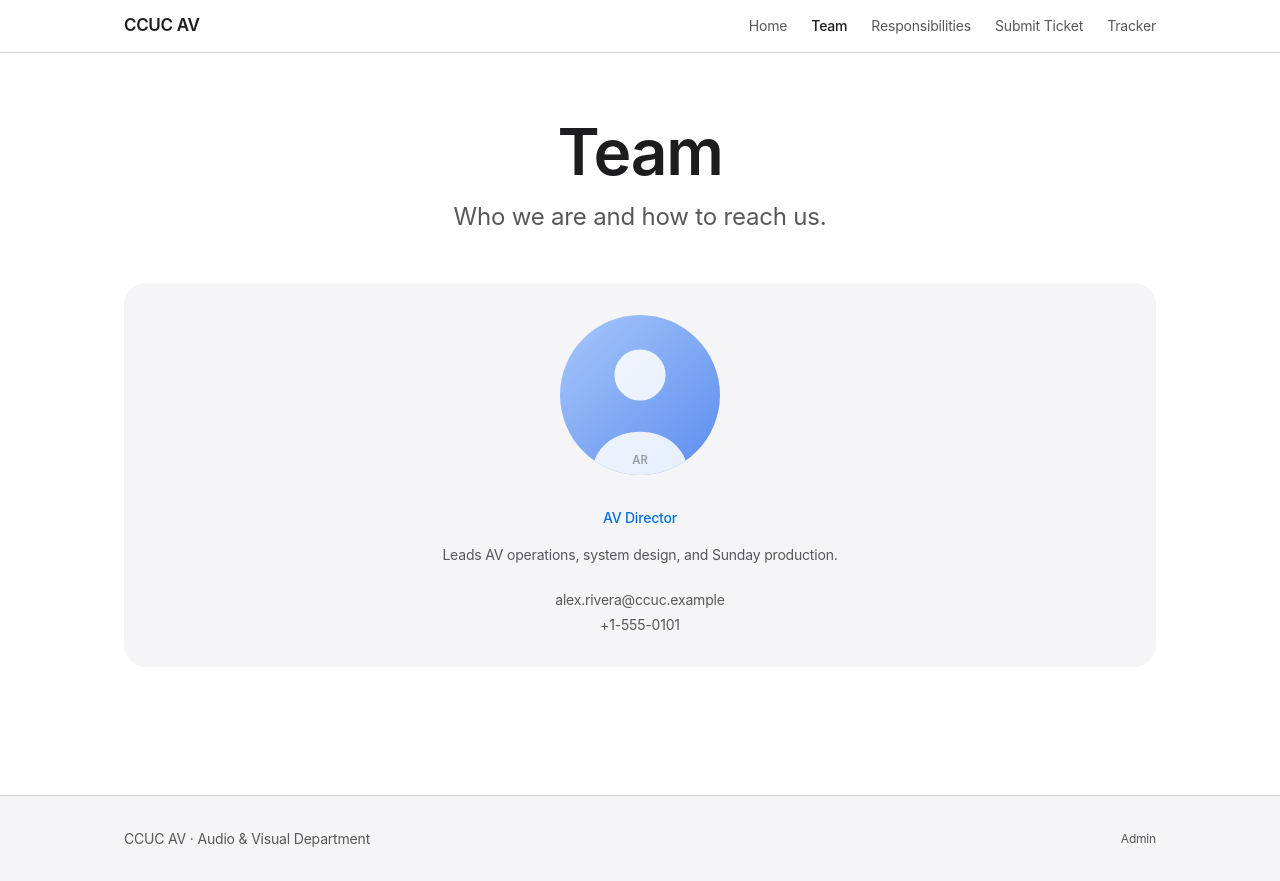
Repository: fakebrianho/ccuc_av
Page: /team
The author's editor kept a copy of each file at every save. The page is drawn from the files as they stood at one save, then again after a run of saves.
The browser window is 1280 px wide. The pictures show the whole page.
The project was rebuilt for these pictures with package versions that can differ from the ones it lists, and the page was loaded fresh each time. The framework's server and built-in components were replaced by stand-ins that run in the browser. Also part of the build but not shown: next.config.mjs.

Above is the page before, as saved 2026-10-04 10:17:18.

### src/app/layout.js
import "./globals.css";
import SmoothScroll from "@/components/motion/SmoothScroll";
import Nav from "@/components/Nav";
import Footer from "@/components/Footer";

export const metadata = {
  title: {
    default: "CCUC AV Team",
    template: "%s — CCUC AV Team",
  },
  description:
    "The CCUC AV team: who we are, what we do, and how to request AV support.",
};

export default function RootLayout({ children }) {
  return (
    <html lang="en">
      <body>
        <SmoothScroll>
          <Nav />
          {children}
          <Footer />
        </SmoothScroll>
      </body>
    </html>
  );
}

### src/app/template.js
"use client";

import { useEffect, useRef } from "react";
import { motion, MotionConfig } from "motion/react";

// Re-mounts on every navigation, giving each page a seamless entrance.
// Single owner of the page transition; pages animate their own inner
// elements but never wrap themselves in another route-level transition.
export default function Template({ children }) {
  const ref = useRef(null);

  // Template re-mounts per navigation: move focus to the new page content
  // so keyboard/screen-reader users aren't stranded on the old position.
  useEffect(() => {
    ref.current?.focus({ preventScroll: true });
  }, []);

  return (
    <MotionConfig reducedMotion="user">
      <motion.div
        ref={ref}
        tabIndex={-1}
        initial={{ opacity: 0, y: 16 }}
        animate={{ opacity: 1, y: 0 }}
        transition={{ duration: 0.5, ease: [0.22, 1, 0.36, 1] }}
        style={{
          flex: 1,
          display: "flex",
          flexDirection: "column",
          outline: "none",
        }}
      >
        {children}
      </motion.div>
    </MotionConfig>
  );
}

### src/app/team/page.js
import { team } from "@/data/team";
import TeamCard from "@/components/TeamCard";
import styles from "./page.module.css";

export const metadata = { title: "Team" };

export default function TeamPage() {
  return (
    <main className={styles.main}>
      <header className={styles.header}>
        <h1 className={styles.title}>Team</h1>
        <p className={styles.sub}>Who we are and how to reach us.</p>
      </header>
      <div className={styles.grid}>
        {team.map((member, index) => (
          <TeamCard key={member.email} member={member} index={index} />
        ))}
      </div>
    </main>
  );
}

### src/app/globals.css
:root {
  /* Surfaces — light-first, Apple-style */
  --bg: #ffffff;
  --bg-elevated: #f5f5f7;
  --fg: #1d1d1f;
  --fg-muted: #57575c;
  --line: #d2d2d7;

  /* Accent */
  --accent: #0071e3;
  --accent-hover: #0077ed;

  /* Status / priority palette (tracker badges) */
  --green: #248a3d;
  --orange: #c93400;
  --red: #d70015;
  --yellow: #a05a00;

  /* Type scale (fluid) */
  --text-xs: 0.75rem;
  --text-sm: 0.875rem;
  --text-base: 1.0625rem;
  --text-lg: clamp(1.25rem, 1.1rem + 0.6vw, 1.5rem);
  --text-xl: clamp(1.75rem, 1.4rem + 1.4vw, 2.5rem);
  --text-2xl: clamp(2.5rem, 1.8rem + 2.8vw, 4rem);
  --text-hero: clamp(3rem, 2rem + 5vw, 6.5rem);

  /* Spacing scale */
  --space-1: 0.25rem;
  --space-2: 0.5rem;
  --space-3: 0.75rem;
  --space-4: 1rem;
  --space-6: 1.5rem;
  --space-8: 2rem;
  --space-12: 3rem;
  --space-16: 4rem;
  --space-24: 6rem;
  --space-32: 8rem;

  /* Shape + depth */
  --radius-sm: 8px;
  --radius: 14px;
  --radius-lg: 22px;
  --radius-full: 999px;
  --shadow-sm: 0 1px 2px rgba(0, 0, 0, 0.06);
  --shadow: 0 4px 24px rgba(0, 0, 0, 0.08);
  --shadow-lg: 0 12px 48px rgba(0, 0, 0, 0.12);

  /* Layout */
  --content-width: 1080px;
  --nav-height: 52px;

  --font-sans: -apple-system, BlinkMacSystemFont, "SF Pro Text", "SF Pro Display",
    Inter, system-ui, "Segoe UI", Roboto, Helvetica, Arial, sans-serif;
}

* {
  box-sizing: border-box;
  padding: 0;
  margin: 0;
}

html,
body {
  max-width: 100vw;
  overflow-x: hidden;
}

body {
  /* Let <html> grow with content: Lenis recomputes its scroll limit only
     when the root element resizes, so a fixed html height leaves it stale. */
  min-height: 100vh;
  min-height: 100dvh;
  display: flex;
  flex-direction: column;
  color: var(--fg);
  background: var(--bg);
  font-family: var(--font-sans);
  font-size: var(--text-base);
  line-height: 1.5;
  letter-spacing: -0.011em;
  -webkit-font-smoothing: antialiased;
  -moz-osx-font-smoothing: grayscale;
  text-rendering: optimizeLegibility;
}

h1,
h2,
h3 {
  letter-spacing: -0.02em;
  line-height: 1.1;
  font-weight: 600;
}

a {
  color: inherit;
  text-decoration: none;
}

button {
  font: inherit;
  cursor: pointer;
}

::selection {
  background: var(--accent);
  color: #fff;
}

@media (prefers-reduced-motion: reduce) {
  *,
  *::before,
  *::after {
    animation-duration: 0.01ms !important;
    animation-iteration-count: 1 !important;
    transition-duration: 0.01ms !important;
    scroll-behavior: auto !important;
  }
}

### src/components/motion/SmoothScroll.jsx
"use client";

import { createContext, useContext, useEffect, useState } from "react";
import Lenis from "lenis";

const LenisContext = createContext(null);

export function useLenis() {
  return useContext(LenisContext);
}

// Single owner of smooth scrolling. Mounted once in the root layout;
// nothing else may instantiate Lenis.
export default function SmoothScroll({ children }) {
  const [lenis, setLenis] = useState(null);

  useEffect(() => {
    if (window.matchMedia("(prefers-reduced-motion: reduce)").matches) {
      return;
    }

    const instance = new Lenis({
      duration: 1.1,
      easing: (t) => Math.min(1, 1.001 - Math.pow(2, -10 * t)),
    });

    let rafId;
    const raf = (time) => {
      instance.raf(time);
      rafId = requestAnimationFrame(raf);
    };
    rafId = requestAnimationFrame(raf);
    setLenis(instance);

    return () => {
      cancelAnimationFrame(rafId);
      instance.destroy();
      setLenis(null);
    };
  }, []);

  return (
    <LenisContext.Provider value={lenis}>{children}</LenisContext.Provider>
  );
}

### src/components/Nav.jsx
"use client";

import Link from "next/link";
import { usePathname } from "next/navigation";
import styles from "./Nav.module.css";

const links = [
  { href: "/", label: "Home" },
  { href: "/team", label: "Team" },
  { href: "/responsibilities", label: "Responsibilities" },
  { href: "/submit", label: "Submit Ticket" },
  { href: "/tracker", label: "Tracker" },
];

export default function Nav() {
  const pathname = usePathname();

  return (
    <header className={styles.header}>
      <nav className={styles.nav} aria-label="Main">
        <Link href="/" className={styles.brand}>
          CCUC&nbsp;AV
        </Link>
        <ul className={styles.list}>
          {links.map(({ href, label }) => (
            <li key={href}>
              <Link
                href={href}
                className={pathname === href ? styles.active : styles.link}
              >
                {label}
              </Link>
            </li>
          ))}
        </ul>
      </nav>
    </header>
  );
}

### src/components/Footer.jsx
import Link from "next/link";
import styles from "./Footer.module.css";

export default function Footer() {
  return (
    <footer className={styles.footer}>
      <div className={styles.inner}>
        <p className={styles.copy}>
          CCUC AV · Audio &amp; Visual Department
        </p>
        <Link href="/login" className={styles.admin}>
          Admin
        </Link>
      </div>
    </footer>
  );
}

### src/data/team.js
// Single source of truth for the AV team roster.
// Replace placeholder entries and drop real headshots into public/team/.
export const team = [
  {
    name: "",
    role: "AV Director",
    email: "alex.rivera@ccuc.example",
    phone: "+1-555-0101",
    photo: "/team/placeholder-1.svg",
    bio: "Leads AV operations, system design, and Sunday production.",
  },

];

### src/components/TeamCard.jsx
"use client";

import Image from "next/image";
import { motion } from "motion/react";
import styles from "./TeamCard.module.css";

export default function TeamCard({ member, index }) {
  const { name, role, email, phone, photo, bio } = member;

  return (
    <motion.article
      className={styles.card}
      initial={{ opacity: 0, y: 24 }}
      whileInView={{ opacity: 1, y: 0 }}
      viewport={{ once: true, margin: "-40px" }}
      transition={{ duration: 0.5, delay: index * 0.08, ease: [0.22, 1, 0.36, 1] }}
    >
      <Image
        src={photo}
        alt={`Photo of ${name}`}
        width={160}
        height={160}
        className={styles.photo}
      />
      <h2 className={styles.name}>{name}</h2>
      <p className={styles.role}>{role}</p>
      <p className={styles.bio}>{bio}</p>
      <div className={styles.contacts}>
        <a href={`mailto:${email}`} className={styles.contact}>
          {email}
        </a>
        <a href={`tel:${phone}`} className={styles.contact}>
          {phone}
        </a>
      </div>
    </motion.article>
  );
}

### src/app/team/page.module.css
.main {
  flex: 1;
  max-width: var(--content-width);
  width: 100%;
  margin: 0 auto;
  padding: var(--space-16) var(--space-6) var(--space-32);
}

.header {
  text-align: center;
  margin-bottom: var(--space-12);
  display: flex;
  flex-direction: column;
  gap: var(--space-3);
}

.title {
  font-size: var(--text-2xl);
}

.sub {
  color: var(--fg-muted);
  font-size: var(--text-lg);
}

.grid {
  display: grid;
  grid-template-columns: repeat(auto-fit, minmax(220px, 1fr));
  gap: var(--space-6);
}

### src/components/Nav.module.css
.header {
  position: sticky;
  top: 0;
  z-index: 100;
  backdrop-filter: saturate(180%) blur(20px);
  -webkit-backdrop-filter: saturate(180%) blur(20px);
  background: rgba(255, 255, 255, 0.72);
  border-bottom: 1px solid var(--line);
}

.nav {
  max-width: var(--content-width);
  margin: 0 auto;
  height: var(--nav-height);
  display: flex;
  align-items: center;
  justify-content: space-between;
  padding: 0 var(--space-6);
  gap: var(--space-6);
}

.brand {
  font-weight: 600;
  font-size: var(--text-base);
  letter-spacing: -0.02em;
}

.list {
  display: flex;
  align-items: center;
  gap: var(--space-6);
  list-style: none;
  overflow-x: auto;
}

.link,
.active {
  font-size: var(--text-sm);
  color: var(--fg-muted);
  transition: color 0.2s ease;
  white-space: nowrap;
}

.link:hover {
  color: var(--fg);
}

.active {
  color: var(--fg);
  font-weight: 500;
}

@media (max-width: 640px) {
  .nav {
    padding: 0 var(--space-4);
    gap: var(--space-4);
  }
  .list {
    gap: var(--space-4);
  }
}

### src/components/Footer.module.css
.footer {
  border-top: 1px solid var(--line);
  background: var(--bg-elevated);
}

.inner {
  max-width: var(--content-width);
  margin: 0 auto;
  padding: var(--space-8) var(--space-6);
  display: flex;
  align-items: center;
  justify-content: space-between;
  gap: var(--space-4);
}

.copy {
  font-size: var(--text-sm);
  color: var(--fg-muted);
}

.admin {
  font-size: var(--text-xs);
  color: var(--fg-muted);
}

.admin:hover {
  color: var(--fg);
}

### src/components/TeamCard.module.css
.card {
  background: var(--bg-elevated);
  border-radius: var(--radius-lg);
  padding: var(--space-8);
  display: flex;
  flex-direction: column;
  align-items: center;
  text-align: center;
  gap: var(--space-2);
}

.photo {
  border-radius: var(--radius-full);
  object-fit: cover;
  margin-bottom: var(--space-4);
}

.name {
  font-size: var(--text-lg);
}

.role {
  color: var(--accent);
  font-size: var(--text-sm);
  font-weight: 500;
}

.bio {
  color: var(--fg-muted);
  font-size: var(--text-sm);
  margin-top: var(--space-2);
}

.contacts {
  /* Pin contact info to the card bottom so rows align despite bio length. */
  margin-top: auto;
  padding-top: var(--space-4);
  display: flex;
  flex-direction: column;
  gap: var(--space-1);
}

.contact {
  font-size: var(--text-sm);
  color: var(--fg-muted);
  transition: color 0.2s ease;
}

.contact:hover {
  color: var(--accent);
}

After the next 2 saves:
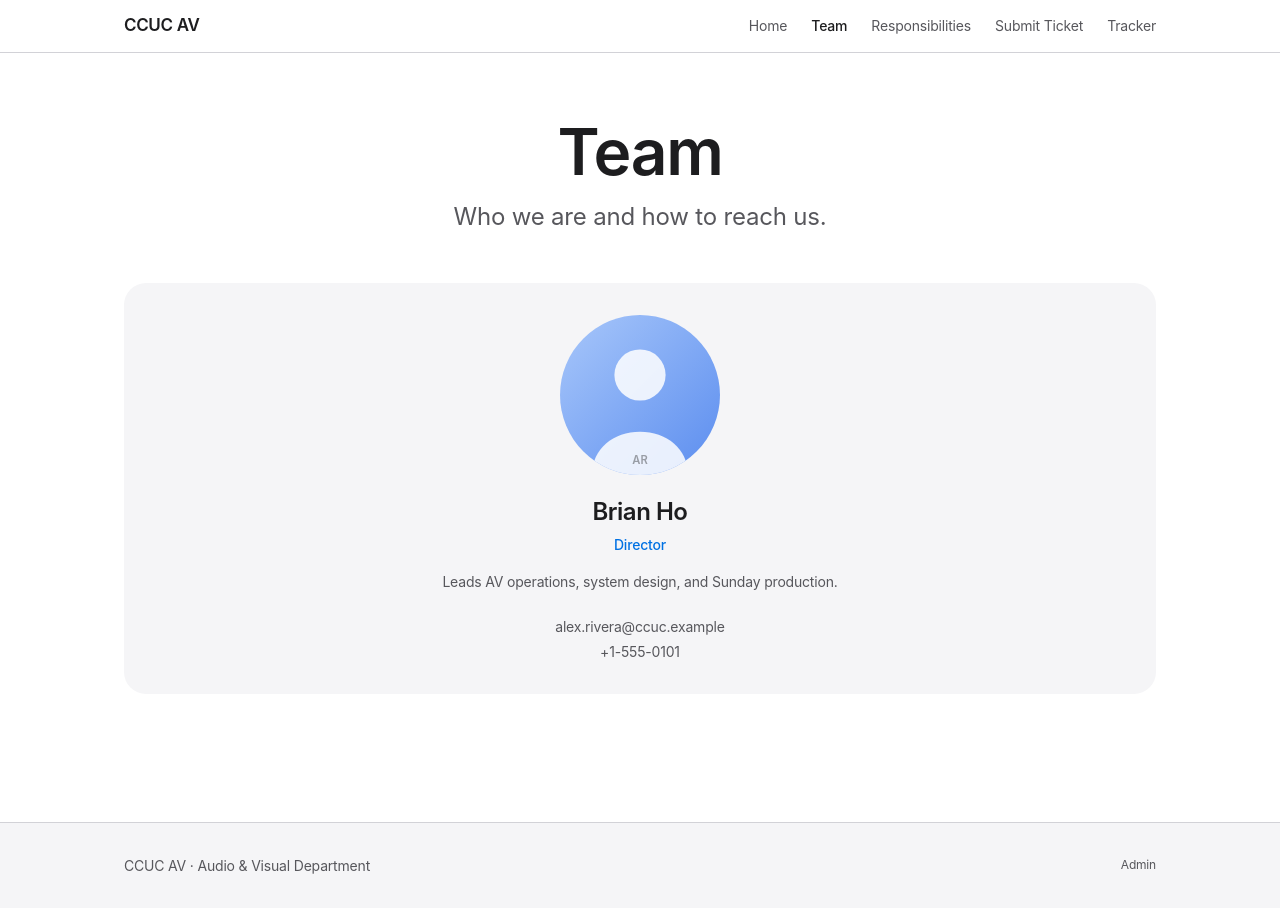
The 2 saves are shown as one change because they came seconds apart.
The last was saved 5 s later.
--- a/src/data/team.js
+++ b/src/data/team.js
@@ -2,8 +2,8 @@
 // Replace placeholder entries and drop real headshots into public/team/.
 export const team = [
   {
-    name: "",
-    role: "AV Director",
+    name: "Brian Ho",
+    role: " Director",
     email: "alex.rivera@ccuc.example",
     phone: "+1-555-0101",
     photo: "/team/placeholder-1.svg",
